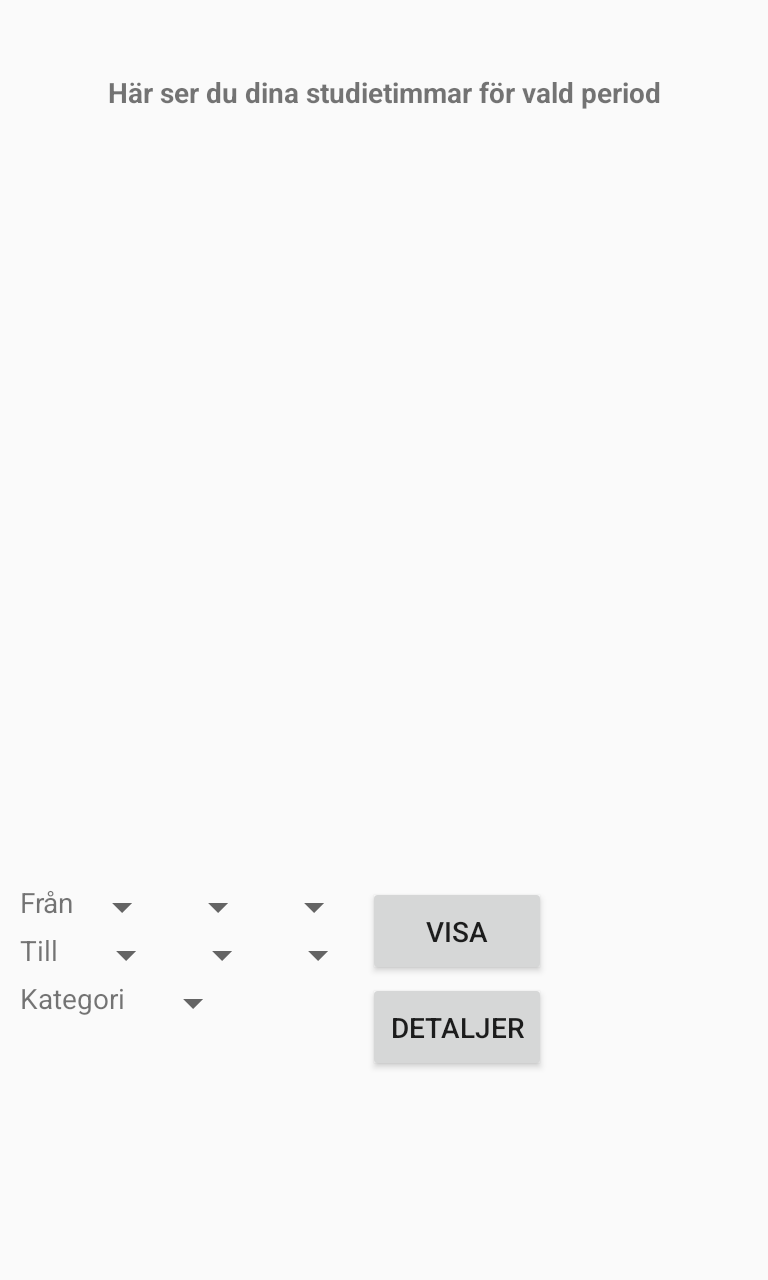
Repository: Dinova/Studiekoll
Layout: Studiekoll/Studiekoll/res/layout/fragment_graph.xml
An editor plug-in stored every save of this project. The layout is shown before and after the next save, followed by the edit.
It is drawn on a 768 x 1280 px phone screen (xhdpi) without system bars, with theme AppTheme; the app's code is not run.

Above is the layout before, as saved 2014-05-20 11:13:00.

### Studiekoll/Studiekoll/res/layout/fragment_graph.xml
<LinearLayout xmlns:android="http://schemas.android.com/apk/res/android"
    xmlns:tools="http://schemas.android.com/tools"
    android:layout_width="match_parent"
    android:layout_height="match_parent"
    android:orientation="vertical"
    android:paddingBottom="@dimen/activity_vertical_margin"
    android:paddingLeft="@dimen/activity_horizontal_margin"
    android:paddingRight="@dimen/activity_horizontal_margin"
    android:paddingTop="@dimen/activity_vertical_margin"
    tools:context="com.grupp8DAT255.studiekoll.GraphActivity$PlaceholderFragment" >

    <TextView
        android:layout_width="fill_parent"
        android:layout_height="0dp"
        android:layout_weight="1"
        android:gravity="center_horizontal|center_vertical"
        android:text="@string/message"
        android:textStyle="bold" />

    <!-- HÄR SKA TIMMAR FRÅN DATABAS LÄGGAS IN SOM VISAD TEXT -->

    <TextView
        android:id="@+id/invested_hours_text_view"
        android:layout_width="fill_parent"
        android:layout_height="0dp"
        android:layout_weight="6"
        android:gravity="center_horizontal|center_vertical"
        android:lines="1"
        android:text=""
        android:textSize="100sp" />

    <!-- Bottom control layout -->
    <LinearLayout
        android:layout_width="wrap_content"
        android:layout_height="0dp"
        android:layout_weight="3"
        android:orientation="horizontal" >

        <!-- Date/category control layout -->
        <LinearLayout
            android:layout_width="wrap_content"
        	android:layout_height="wrap_content"
        	android:orientation="vertical" >

            <!-- From date control layout -->
        	<LinearLayout
        		android:layout_width="wrap_content"
        		android:layout_height="wrap_content"
        		android:orientation="horizontal" >

        		<TextView
        		    android:layout_width="wrap_content"
        		    android:layout_height="wrap_content"
        		    android:text="@string/from_prompt" />

    			<Spinner
    			    android:id="@+id/from_year_spinner"
    			    android:layout_width="wrap_content"
    			    android:layout_height="wrap_content"
    			    android:prompt="@string/year_prompt"
    			    android:spinnerMode="dialog" />

				<Spinner
				    android:id="@+id/from_month_spinner"
				    android:layout_width="wrap_content"
	    			android:layout_height="wrap_content"
	    			android:prompt="@string/month_prompt"
    			    android:spinnerMode="dialog" />

				<Spinner
		    		android:id="@+id/from_day_spinner"
		    		android:layout_width="wrap_content"
	    			android:layout_height="wrap_content"
	    			android:prompt="@string/day_prompt"
    			    android:spinnerMode="dialog" />

			</LinearLayout> <!-- From date control layout end -->

			<!-- To date control layout -->
			<LinearLayout
	   			android:layout_width="wrap_content"
       			android:layout_height="wrap_content"
       			android:orientation="horizontal" >

	   			<TextView
	   			    android:layout_width="wrap_content"
	   			    android:layout_height="wrap_content"
	   			    android:layout_marginRight="10dp"
	   			    android:text="@string/to_prompt" />

				<Spinner
			    	android:id="@+id/to_year_spinner"
			    	android:layout_width="wrap_content"
			    	android:layout_height="wrap_content"
			    	android:prompt="@string/year_prompt"
    			    android:spinnerMode="dialog" />

				<Spinner
				   	android:id="@+id/to_month_spinner"
		    		android:layout_width="wrap_content"
	    			android:layout_height="wrap_content"
	    			android:prompt="@string/month_prompt"
    			    android:spinnerMode="dialog" />

				<Spinner
			    	android:id="@+id/to_day_spinner"
					android:layout_width="wrap_content"
	    			android:layout_height="wrap_content"
	    			android:prompt="@string/day_prompt"
    			    android:spinnerMode="dialog" />

			</LinearLayout> <!-- To date control layout end -->

			<!-- Category control -->
			<LinearLayout
			    android:layout_width="wrap_content"
       			android:layout_height="wrap_content"
       			android:orientation="horizontal" >

			    <TextView
	   			    android:layout_width="wrap_content"
	   			    android:layout_height="wrap_content"
	   			    android:layout_marginRight="10dp"
	   			    android:text="@string/category_prompt" />

				<Spinner
			    	android:id="@+id/show_category_spinner"
			    	android:layout_width="wrap_content"
			    	android:layout_height="wrap_content"
			    	android:spinnerMode="dialog"
			    	android:prompt="@string/category_spinner_prompt" />

			</LinearLayout> <!-- Category control ends -->

		</LinearLayout> <!-- Date/category control layout end-->

		<!-- Button layout -->
		<LinearLayout
		    android:layout_width="wrap_content"
       		android:layout_height="wrap_content"
       		android:orientation="vertical"
       		android:gravity="center_horizontal|center_vertical">

		    <Button
	        	android:layout_width="fill_parent"
	        	android:layout_height="fill_parent"
	        	android:text="@string/show_button_text"
	        	android:gravity="center_horizontal|center_vertical"
	        	android:onClick="showGraph" />

		    <Button
	        	android:layout_width="fill_parent"
	        	android:layout_height="fill_parent"
	        	android:text="@string/show_details_button_text"
	        	android:gravity="center_horizontal|center_vertical"
	        	android:onClick="showDetails" />

		</LinearLayout> <!-- Button layout ends -->

    </LinearLayout> <!-- Bottom control layout end -->

</LinearLayout>

### Studiekoll/Studiekoll/res/values/strings.xml
<?xml version="1.0" encoding="utf-8"?>
<resources>

    <string name="app_name">Studiekoll</string>
    <string name="action_settings">Settings</string>
    <string name="edit_message">Insert number of hours</string>
    <string name="button_graphics">Graf</string>
    <string name="button_input">Inmatning</string>
    <string name="button_help">Hjälp</string>
    <string name="title_activity_help">Hjälp</string>
    <string name="help_text">        "Meny\n"
        "Här väljer du mellan tre funktioner enligt nedan\n\n"

        "Graf\n"
        "I denna vy kan du se dina studietimmar för vald period."
        "Använd dig av drop-down menyerna för att ställa in under"
        "vilken period du vill se studietimmarna redovisas."
        "Tryck sedan på "visa"-knappen för att visa antalet studietimmar.\n\n"

        "Inmatning\n"
        "Här matar du in den tid du lagt ned på dina studier. Du väljer"
        "timmar och minuter i snurran och datum med hjälp av drop-down"
        "menyerna. Tryck sedan på "lagra"-knappen för att spara inmatningen."
        "Det är möjligt att föra in tid flera gånger för samma datum.\n\n"

        "Hjälp\n"
        "Här får du som du ser hjälp att hantera appen."</string>
    <string name="title_activity_graph">Loggade timmar</string>
    <string name="message">Här ser du dina studietimmar för vald period</string>
    <string name="from_prompt">Från</string>
    <string name="to_prompt">Till</string>
    <string name="show_button_text">Visa</string>
    <string name="year_prompt">Välj år</string>
    <string name="month_prompt">Välj månad</string>
    <string name="day_prompt">Välj dag</string>
    <string name="title_activity_input">Inmatning</string>
    <string name="input_message">Här för du in studietid och datum</string>
    <string name="send_input_button">Lagra inmatad data</string>
    <string name="help_prompt">Behöver du hjälp?</string>
    <string name="ok_button_text">OK!</string>
    <string name="button_category">Kategorihantering</string>
    <string name="title_activity_category">Kategorihantering</string>
    <string name="category_help_message">Här skapar du nya kategorier</string>
    <string name="category_hint">Namnet på din nya kategori (max 15 tecken)</string>
    <string name="category_save_text">Spara kategori</string>
    <string name="category_spinner_prompt">Välj kategori</string>
    <string name="show_details_button_text">Detaljer</string>
    <string name="title_activity_details">Detaljer</string>
    <string name="category_prompt">Kategori</string>

</resources>

Loaded but not shown: Studiekoll/Studiekoll/res/values/styles.xml (common file); Studiekoll/Studiekoll/res/values-v11/styles.xml (common file); Studiekoll/Studiekoll/res/values-v14/styles.xml (common file); Studiekoll/Studiekoll/res/values/dimens.xml (common file); Studiekoll/Studiekoll/res/values-w820dp/dimens.xml (common file)

After the next save:
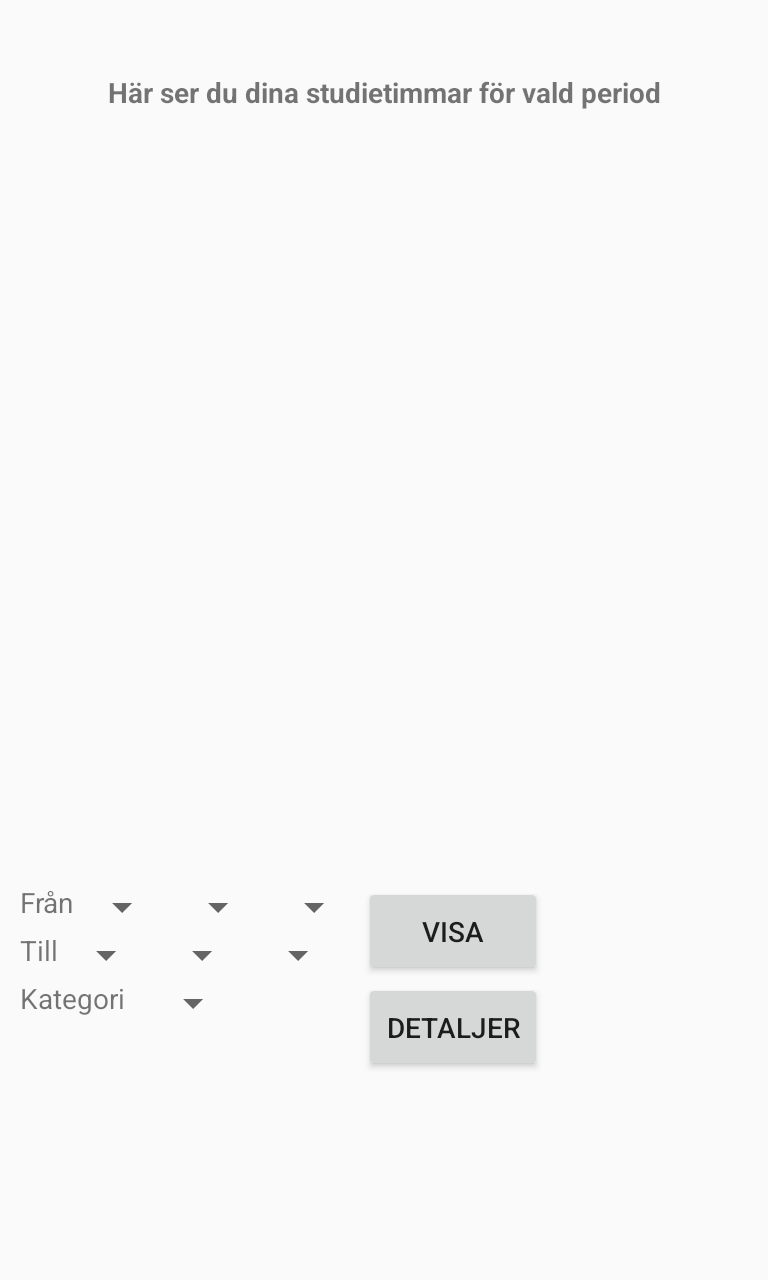
Saved 3 min 54 s later.
--- a/Studiekoll/Studiekoll/res/layout/fragment_graph.xml
+++ b/Studiekoll/Studiekoll/res/layout/fragment_graph.xml
@@ -85,7 +85,6 @@
 	   			<TextView
 	   			    android:layout_width="wrap_content"
 	   			    android:layout_height="wrap_content"
-	   			    android:layout_marginRight="10dp"
 	   			    android:text="@string/to_prompt" />
 
 				<Spinner

After the save that followed:
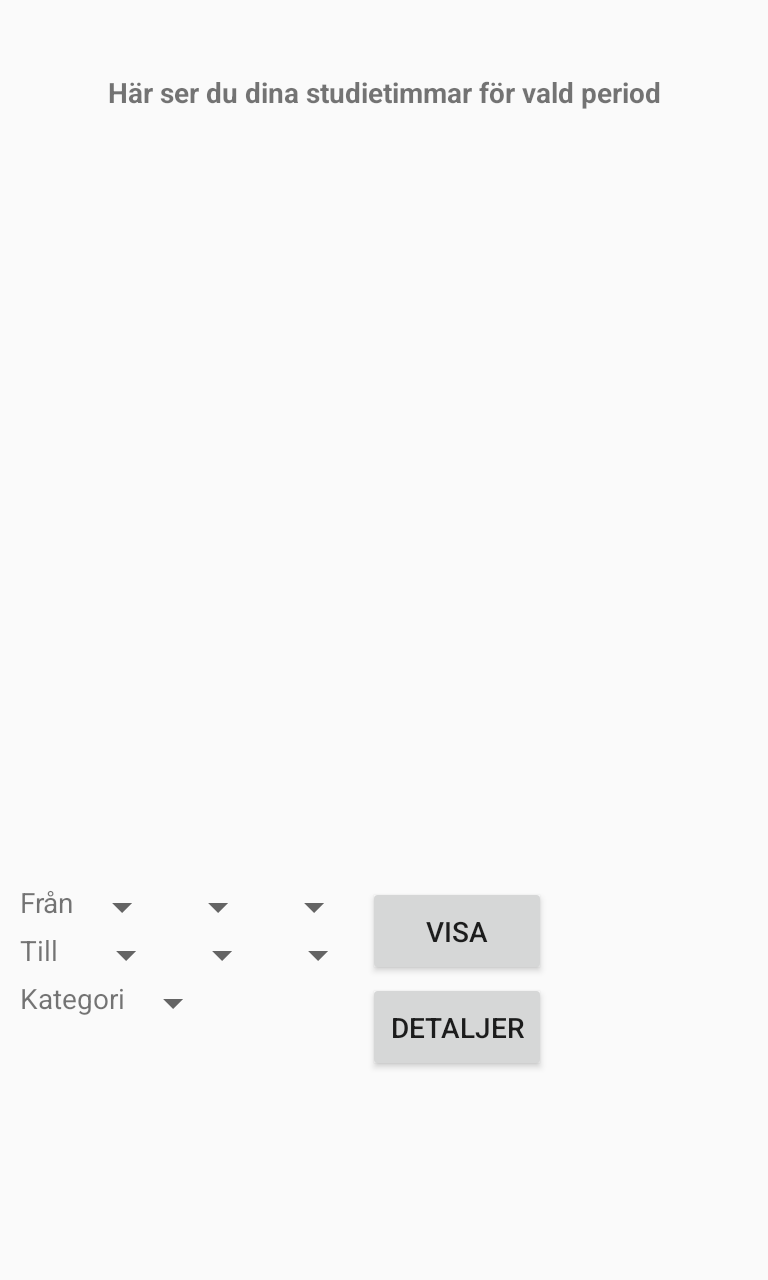
Saved 88 s later.
--- a/Studiekoll/Studiekoll/res/layout/fragment_graph.xml
+++ b/Studiekoll/Studiekoll/res/layout/fragment_graph.xml
@@ -85,6 +85,7 @@
 	   			<TextView
 	   			    android:layout_width="wrap_content"
 	   			    android:layout_height="wrap_content"
+	   			    android:layout_marginRight="10dp"
 	   			    android:text="@string/to_prompt" />
 
 				<Spinner
@@ -119,7 +120,6 @@
 			    <TextView
 	   			    android:layout_width="wrap_content"
 	   			    android:layout_height="wrap_content"
-	   			    android:layout_marginRight="10dp"
 	   			    android:text="@string/category_prompt" />
 
 				<Spinner
